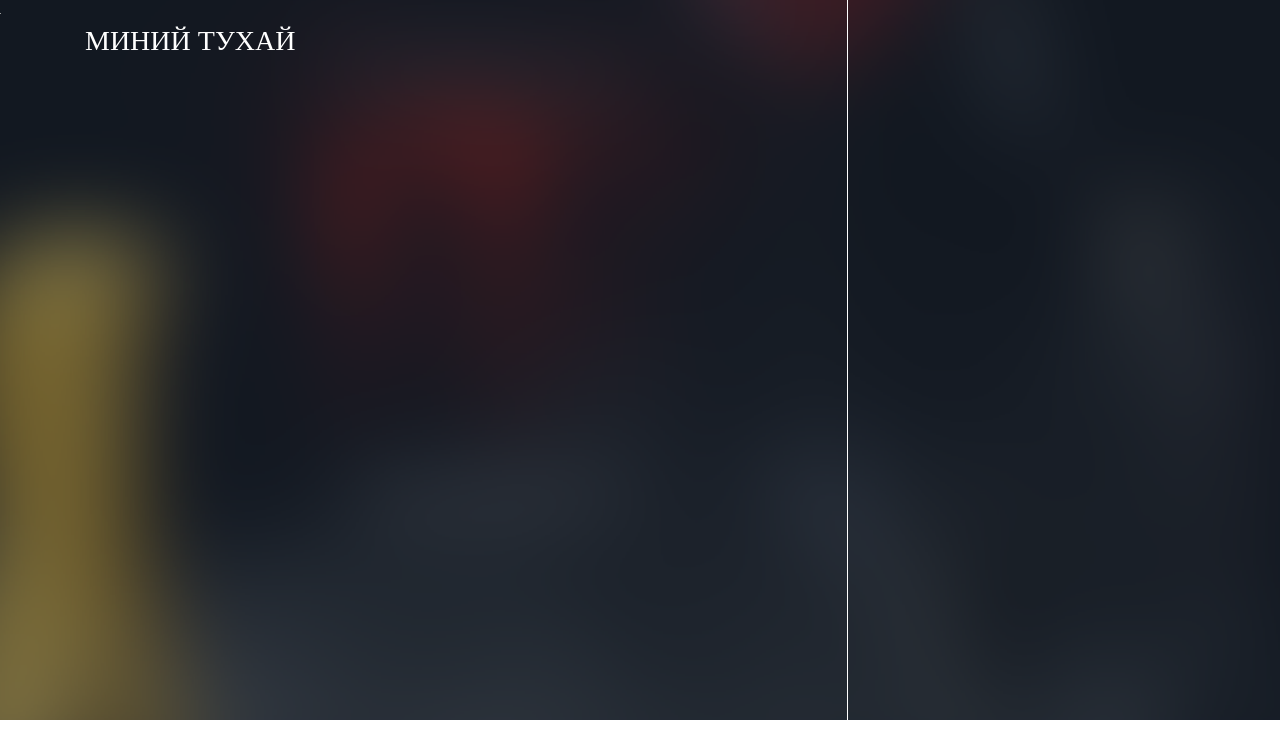
Repository: Yondo202/svProject
Page: /
These files come from the project's save history. The page is drawn as it stood at one moment and after the next save; the edit follows.
The browser window is 1280 px wide. The pictures show the whole page.
The project was rebuilt for these pictures with package versions that can differ from the ones it lists, and the page was loaded fresh each time. The framework's server and built-in components were replaced by stand-ins that run in the browser. Also part of the build but not shown: next.config.js, style/style.scss.

Above is the page before, as saved 2020-11-18 21:30:42.

After the next save:
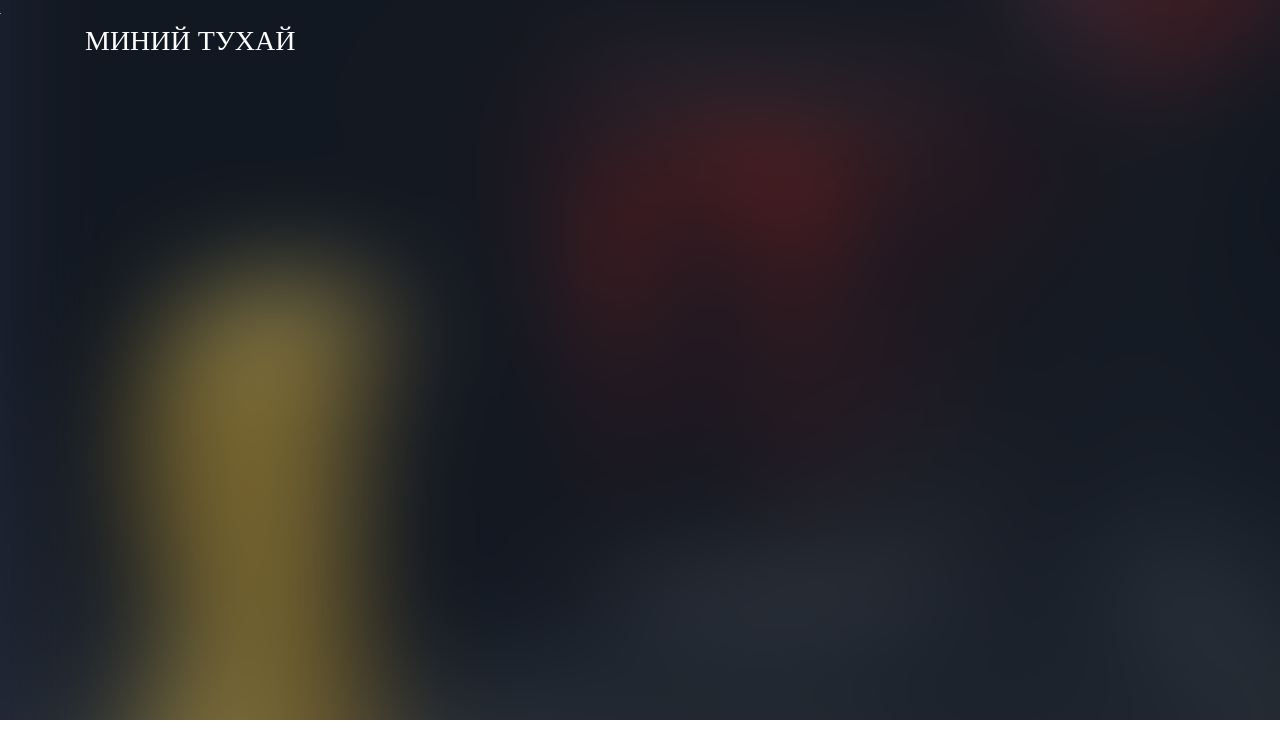
Saved 8 s later.
--- a/components/Top.js
+++ b/components/Top.js
@@ -35,5 +35,5 @@
     position: fixed;
     top:0;
     z-index: -2;
-    background-color:black;
+    background:black;
 `

After the save that followed:
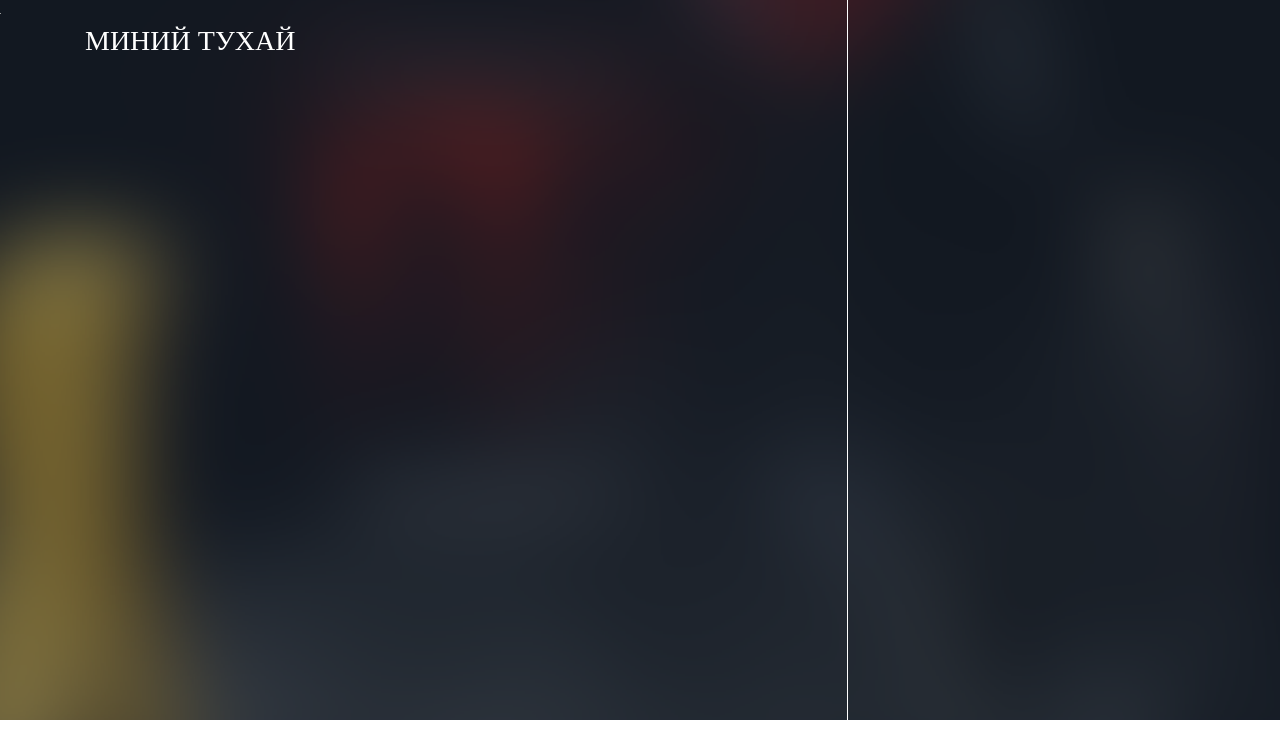
Saved 8 s later.
--- a/components/Top.js
+++ b/components/Top.js
@@ -35,5 +35,4 @@
     position: fixed;
     top:0;
     z-index: -2;
-    background:black;
 `
